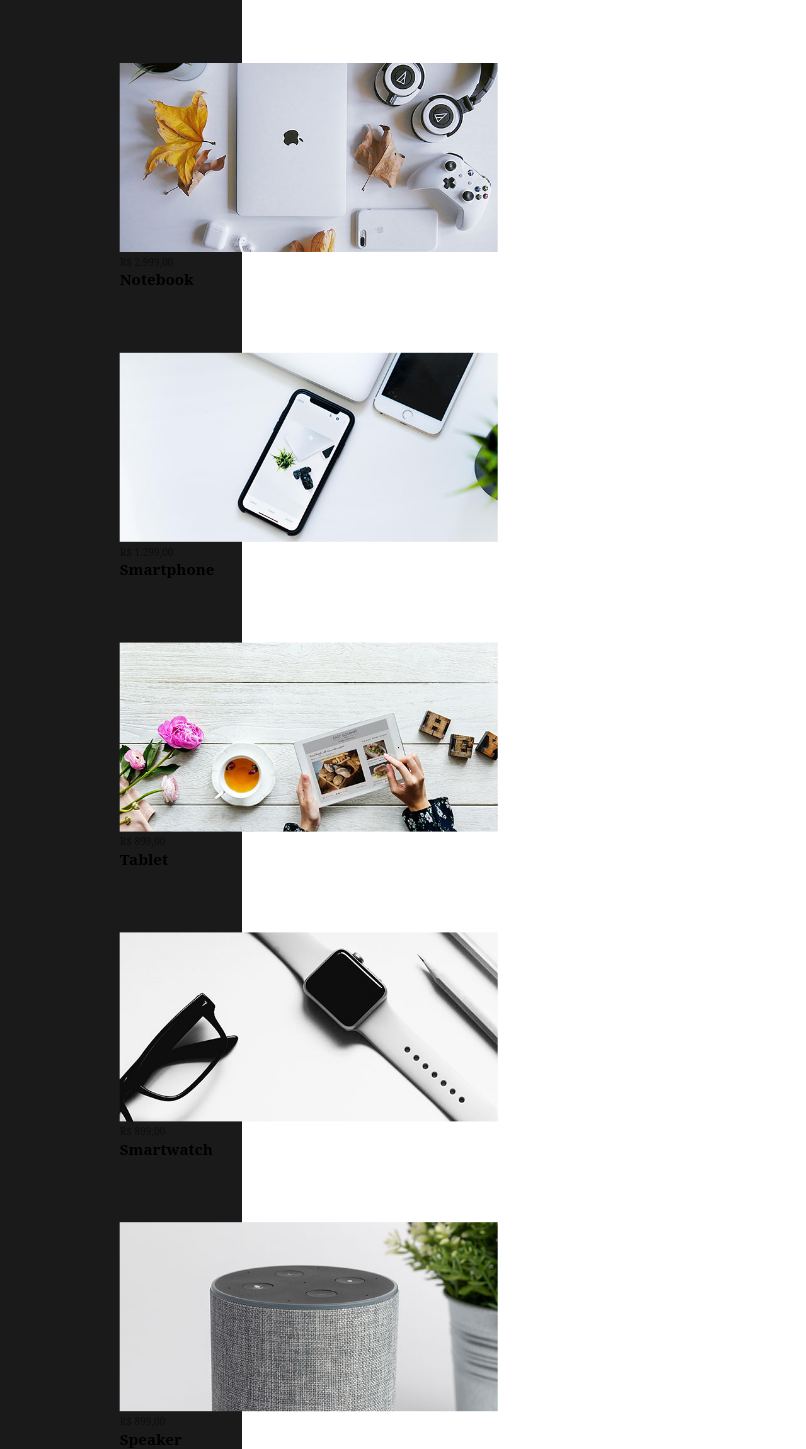
Repository: tomvieir/techno
Page: index.html
These files come from the project's save history. The page is drawn as it stood at one moment and after the next save; the edit follows.
The browser window is 1280 px wide. The pictures show the whole page, at 63% of full size.

Above is the page before, as saved 2022-06-23 17:22:16.

### index.html
<!DOCTYPE html>
<html lang="en">
<head>
  <meta charset="UTF-8">
  <meta name="viewport" content="width=device-width, initial-scale=1.0">
  <meta http-equiv="X-UA-Compatible" content="ie=edge">
  <script src="./vue.min.js"></script>
  <link rel="stylesheet" href="./style.css">
  <title>Techno</title>
</head>
<body>
  <div id="app">

    <section class="modal" v-if="produto">

      <div class="modal_container">
        <div class="modal_img">
          <img :src="produto.img" alt="">

        </div>

      </div>

      {{produto}}

    </section>



    <section class="produtos">
      <div class="produtos" v-for="item in produtos" :key="item.id" @click="fetchProduto(item.id)">
        <img :src="item.img" :alt="item.nome">
        <div >
          <span class="produto_preco">{{item.preco |  formatarPreco}}</span>
          <h2>{{item.nome}}</h2>
        </div>
      </div>
    </section>

  </div>

  <script src="./app.js"></script>
</body>
</html>

### style.css
body, h1, h2, ul, li, p {
    padding: 0px;
    margin: 0px;
  }

  ul {
    list-style: none;
  }

  * {
    box-sizing: border-box;
  }

  body {
    background: linear-gradient(to right, #1a1a1a 30%, #ffffff 30%);
    font-family: "Noto Serif";
  }

  #app {
    padding: 0 80px;
  }

  /* LISTA PRODUTOS */

  .produtos {
    max-width: 900px;
    margin: 100px auto 0 auto;
  }

  .produto {
    display: flex;
    align-items: center;
    margin-bottom: 40px;
    background: #ffffff;
    box-shadow: 0 0 2rem rgba(0,0,0,.1);
    cursor: pointer;
  }

  .produto_img {
    max-width: 300px;
    margin-right: 40px;
  }

  .produto_titulo {
    font-size: 3rem;
    line-height: 1;
  }

  .produto_preco {
    color: rgba(0,0,0,.5);
  }

  /* MODAL */

  .modal::before {
    content: "";
    position: fixed;
    top: 0px;
    left: 0px;
    width: 100%;
    height: 100vh;
    background: rgba(0,0,0,.5);
  }

  .modal {
    display: flex;
    flex-direction: column;
    align-items: center;
    position: absolute;
    top: 0px;
    left: 0px;
    width: 100%;
    padding: 80px;
  }

  .modal_container {
    position: relative;
    background: linear-gradient(to right, transparent 250px, white 250px);
    z-index: 1;
    display: grid;
    align-items: end;
    grid-gap: 50px;
    padding: 50px 50px 50px 0;
  }

  .modal_img {
    grid-column: 1;
    box-shadow: 0px 3px 4px rgba(0,0,0,.1), 0px 4px 10px rgba(0,0,0,.2);
  }

  .modal_img img {
    max-width: 300px;
    display: block;
  }

  .modal_dados {
    grid-column: 2;
    max-width: 600px;
  }

  .modal_titulo {
    font-size: 3rem;
  }

  .modal_btn {
    margin-top: 80px;
    background: #000;
    cursor: pointer;
    color: #ffffff;
    border: none;
    font-size: 1rem;
    padding: 10px 25px;
    font-family: "Noto Serif";
  }

  .modal_btn:active {
    background: #808080;
  }

  /* AVALIACOES */

  .avaliacoes {
    grid-column: 2;
  }

  .avaliacoes_subtitulo {
    font-size: 1.75rem;
  }

  .avaliacao {
    border-bottom: 1px solid rgba(0,0,0,.1);
    padding-bottom: 20px;
  }

  .avaliacao_descricao {
    color: rgba(0,0,0,.7);
    margin: 20px 0 5px 0;
  }

  .avaliacao_usuario {
    font-weight: bold;
  }

### app.js
const vm = new Vue({
  el: "#app",
  data: {
    produtos: [],
    produto: false,
  },
  methods: {
    fetchProdutos() {
      fetch("./api/produtos.json")
        .then(r => r.json())
        .then(r => {
          this.produtos = r;
        })
    },

    fetchProduto(id) {
      fetch(`./api/produtos/${id}/dados.json`)
        .then(r => r.json())
        .then(r => {
          this.produto = r;
        })
    }
  },

  filters: {
    formatarPreco(preco) {
      return preco.toLocaleString("pt-BR", {
        style: "currency",
        currency: "BRL",
        minimumFractionDigits: 2
      });
    }
  },

  created() {
    this.fetchProdutos();
  }
})

### api/produtos.json
[
  {
    "id": "notebook",
    "nome": "Notebook",
    "preco": 2999,
    "img": "./api/produtos/notebook/notebook.jpg"
  },
  {
    "id": "smartphone",
    "nome": "Smartphone",
    "preco": 1299,
    "img": "./api/produtos/smartphone/smartphone.jpg"
  },
  {
    "id": "tablet",
    "nome": "Tablet",
    "preco": 899,
    "img": "./api/produtos/tablet/tablet.jpg"
  },
  {
    "id": "smartwatch",
    "nome": "Smartwatch",
    "preco": 899,
    "img": "./api/produtos/smartwatch/smartwatch.jpg"
  },
  {
    "id": "speaker",
    "nome": "Speaker",
    "preco": 899,
    "img": "./api/produtos/speaker/speaker.jpg"
  }
]

Loaded but not shown: vue.min.js (library)

After the next save:
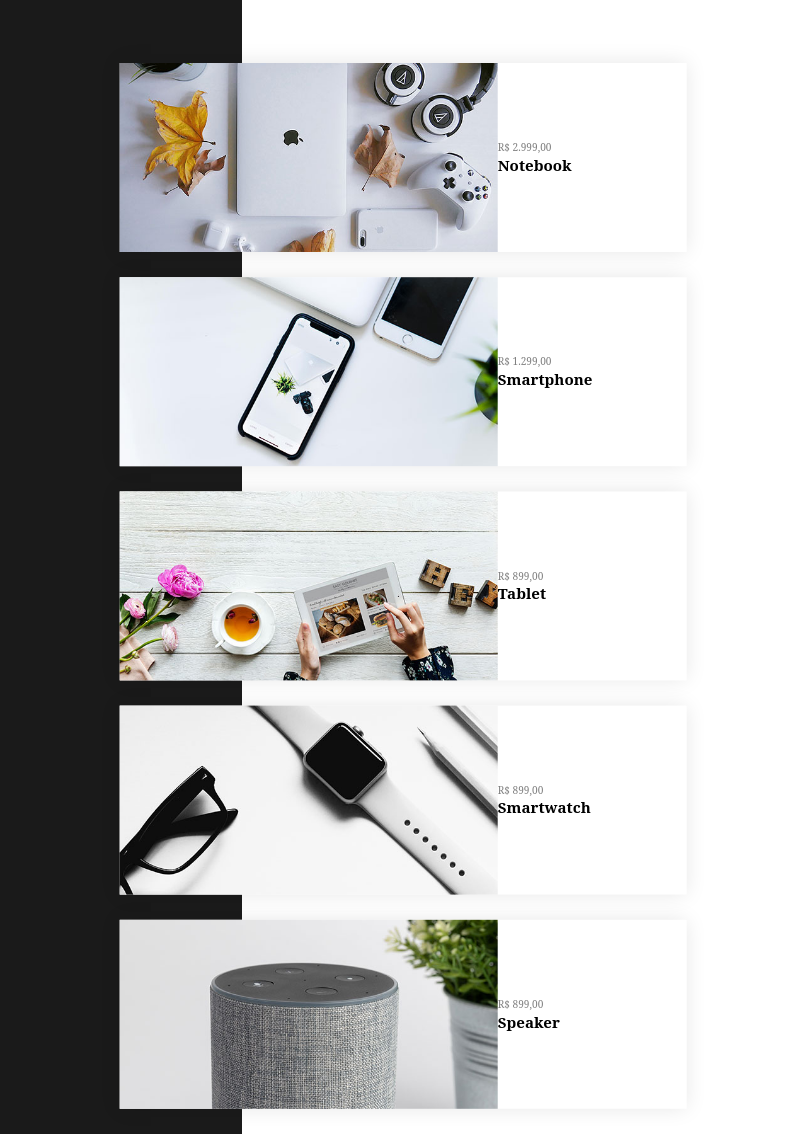
Saved 38 s later.
--- a/index.html
+++ b/index.html
@@ -28,7 +28,7 @@
 
 
     <section class="produtos">
-      <div class="produtos" v-for="item in produtos" :key="item.id" @click="fetchProduto(item.id)">
+      <div class="produto" v-for="item in produtos" :key="item.id" @click="fetchProduto(item.id)">
         <img :src="item.img" :alt="item.nome">
         <div >
           <span class="produto_preco">{{item.preco |  formatarPreco}}</span>
